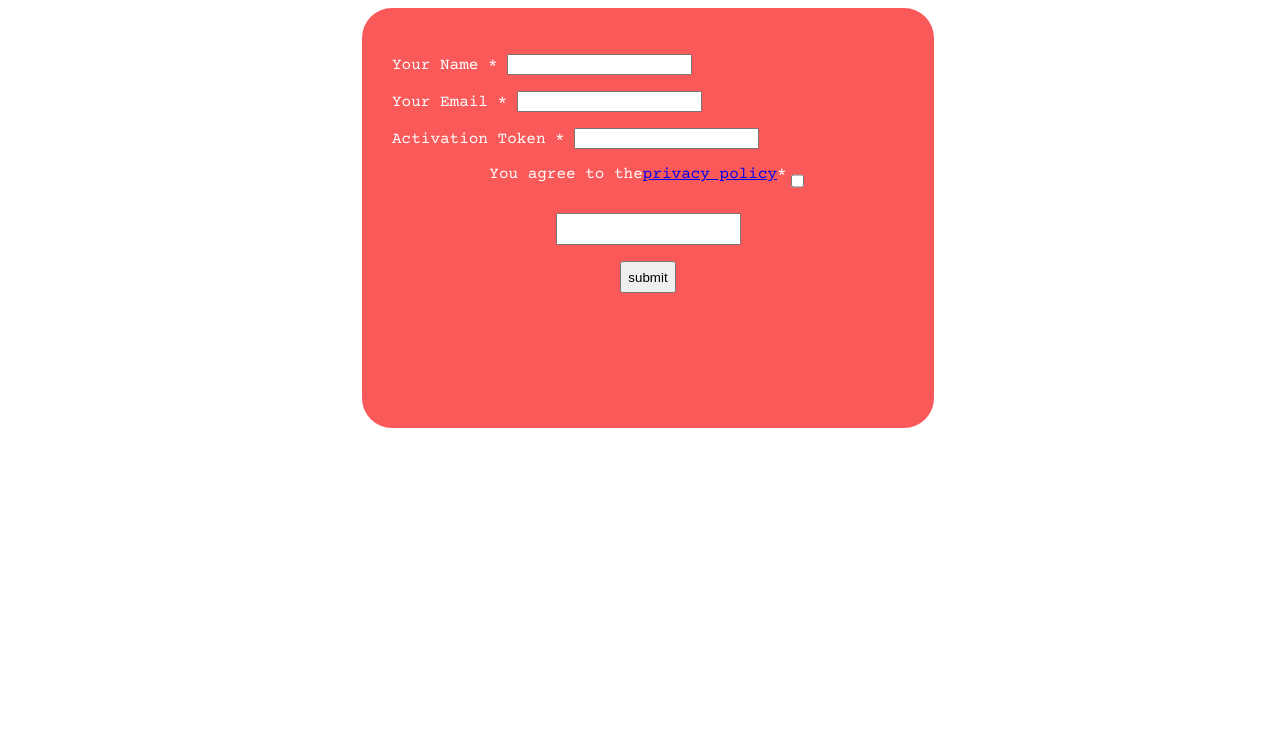
Repository: Rachael4life/Assignment-1
Page: starter-code/src/index.html
An editor plug-in stored every save of this project. The page is shown before and after a run of saves, followed by the edit.
The browser window is 1280 px wide. The page is 1288 px wide, so the pictures cover 1288 px, including what lies to the right of the window. The pictures show the whole page.

Above is the page before, as saved 2022-02-25 14:36:09.

After the next 2 saves:
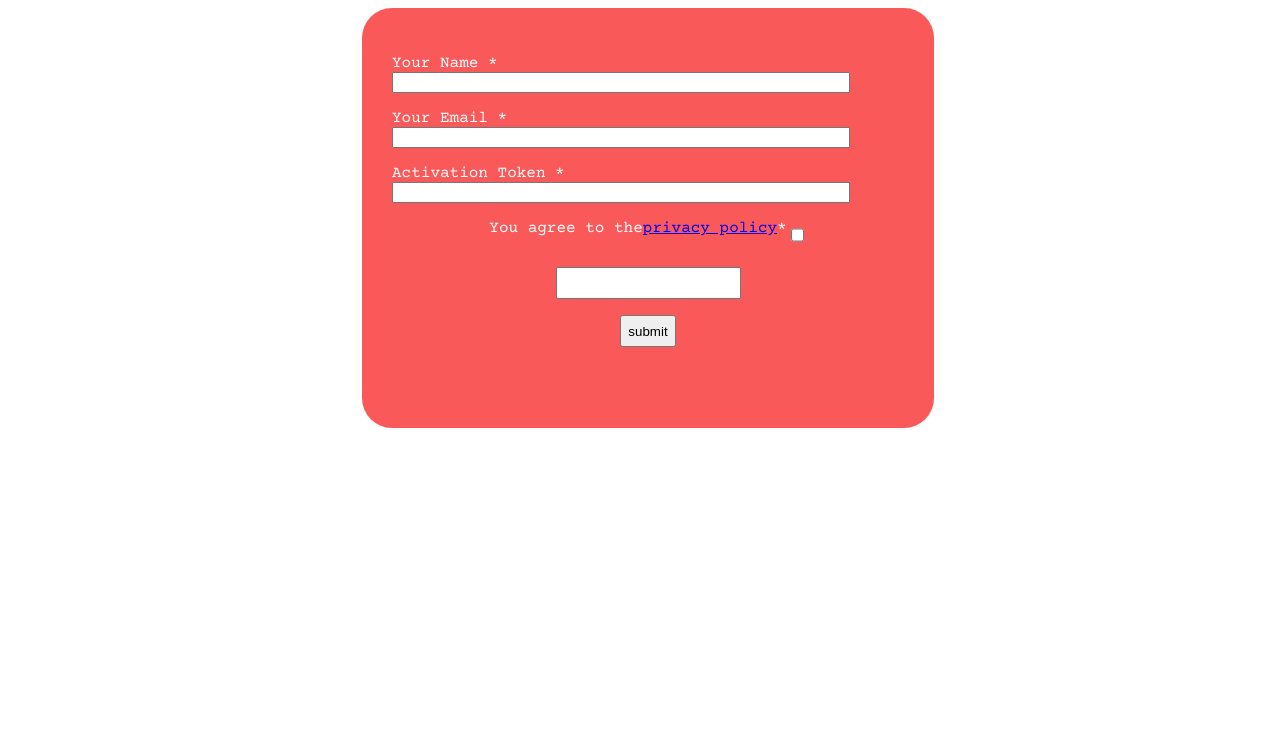
The 2 saves are shown as one change because they came seconds apart.
The last was saved 7 s later.
--- a/starter-code/src/style.css
+++ b/starter-code/src/style.css
@@ -35,5 +35,5 @@ form {
     display:flex;
 }
 .formgroup {
-    width: ;
+    width: 450px;
 }
